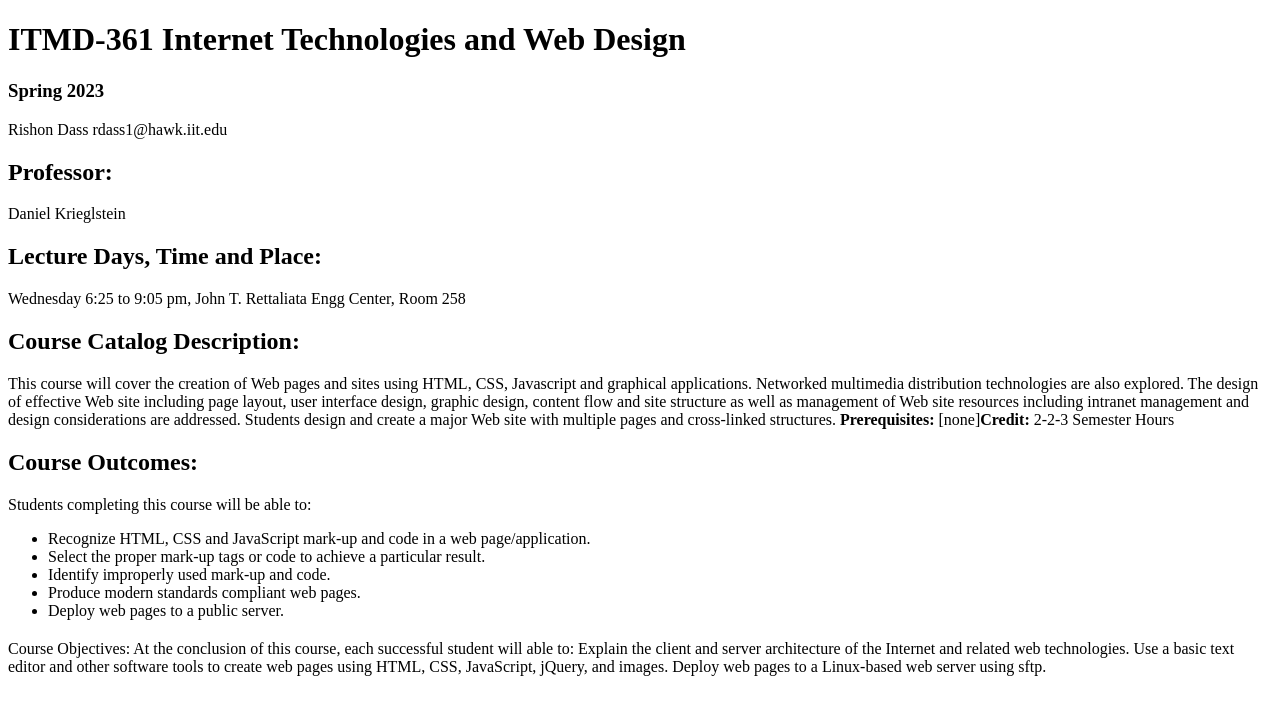
Repository: rishondass/ITMD361-Lab2
Page: lab2raw_text.html
The author's editor kept a copy of each file at every save. The page is drawn from the files as they stood at one save, then again after a run of saves.
The browser window is 1280 px wide. The pictures show the whole page.

Above is the page before, as saved 2023-01-13 14:11:12.

After the next 2 saves:
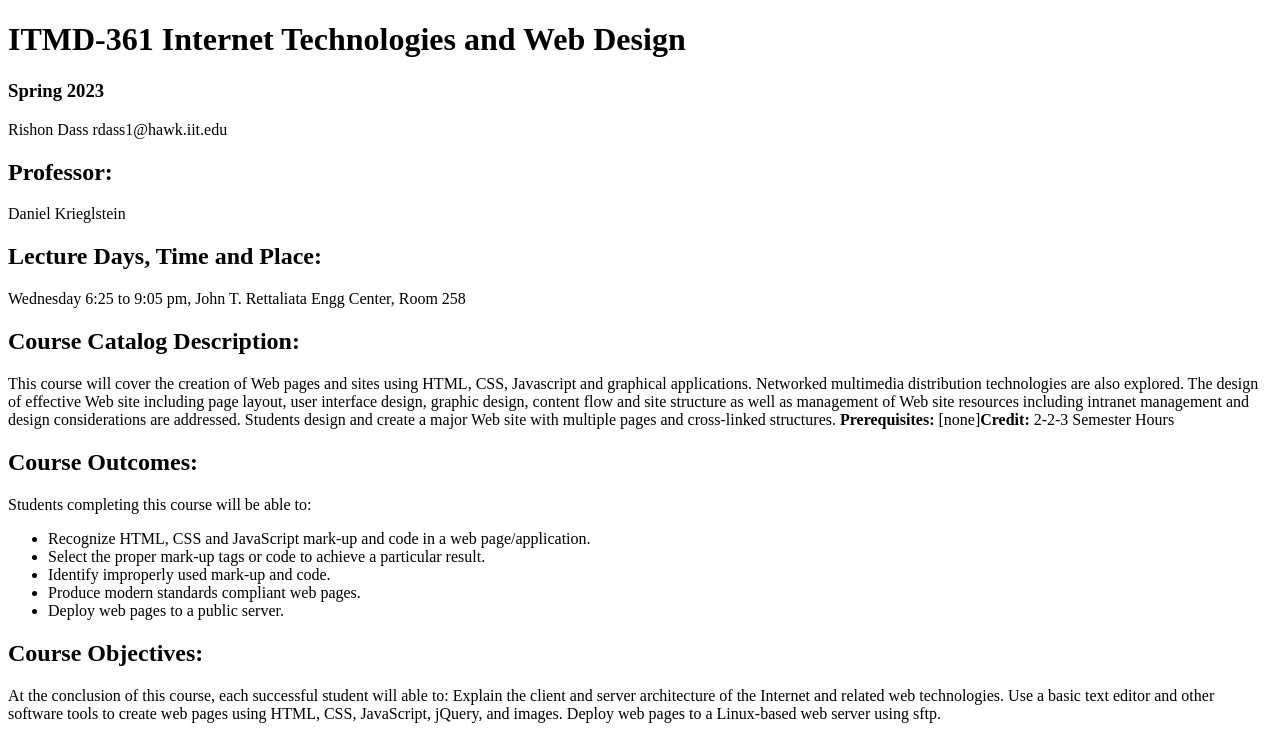
The 2 saves are shown as one change because they came seconds apart.
The last was saved 7 s later.
--- a/lab2raw_text.html
+++ b/lab2raw_text.html
@@ -48,8 +48,11 @@
         <li>Deploy web pages to a public server.</li>
     </ul>
     <h2>
+        Course Objectives:
+    </h2>
+    <p>
 
-    </h2>
+    </p>
 </body>
 </html>
 
@@ -66,7 +69,7 @@
 
 
 
-Course Objectives:
+
 At the conclusion of this course, each successful student will able to:
 Explain the client and server architecture of the Internet and related web technologies.
 Use a basic text editor and other software tools to create web pages using HTML, CSS, JavaScript, jQuery, and images.
